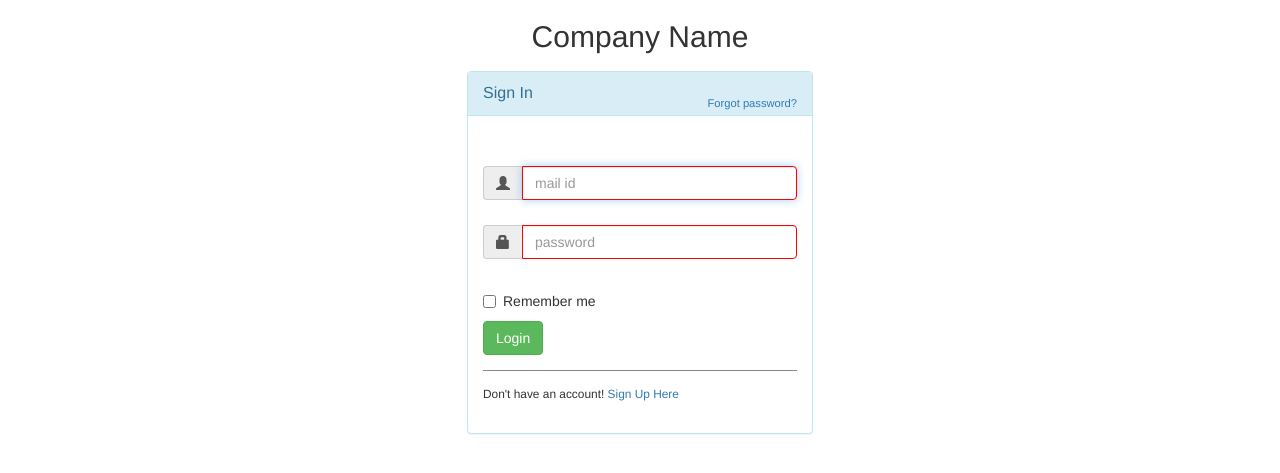
Repository: jayakumar721/projects
Page: TestEngine/WebContent/Login.html
The author's editor kept a copy of each file at every save. The page is drawn from the files as they stood at one save, then again after the next save.
The browser window is 1280 px wide. The pictures show the whole page.
The first visible `input:required` has the focus.
Some web libraries are served in a nearby version.

Above is the page before, as saved 2017-11-24 12:22:18.

After the next save:
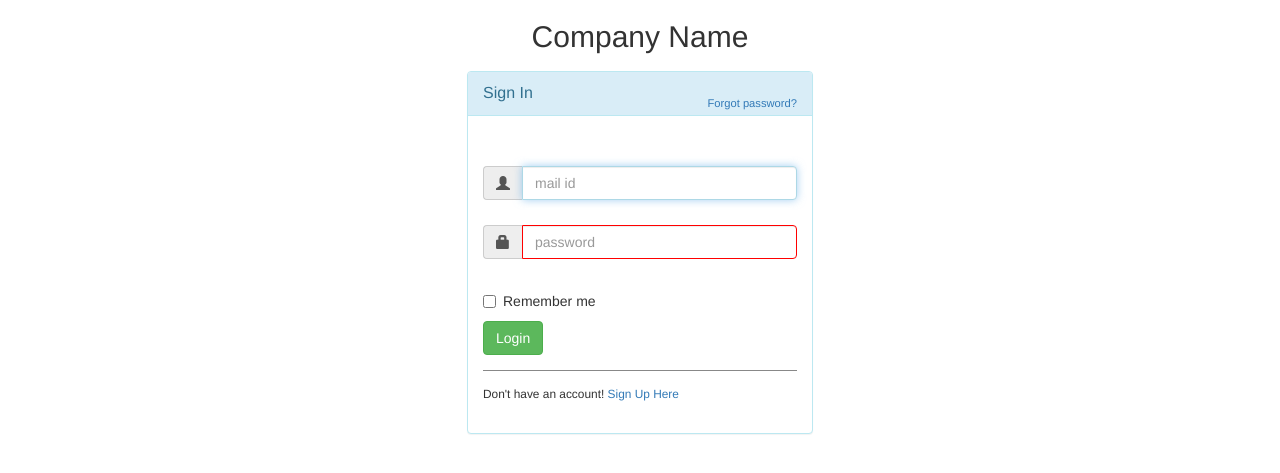
Saved 38 s later.
--- a/TestEngine/WebContent/Login.html
+++ b/TestEngine/WebContent/Login.html
@@ -35,6 +35,9 @@
 }
 input:required:invalid{
 border-color:red;
+}
+input:required:focus{
+border-color:lightblue;
 }
 </style>
 </head>
